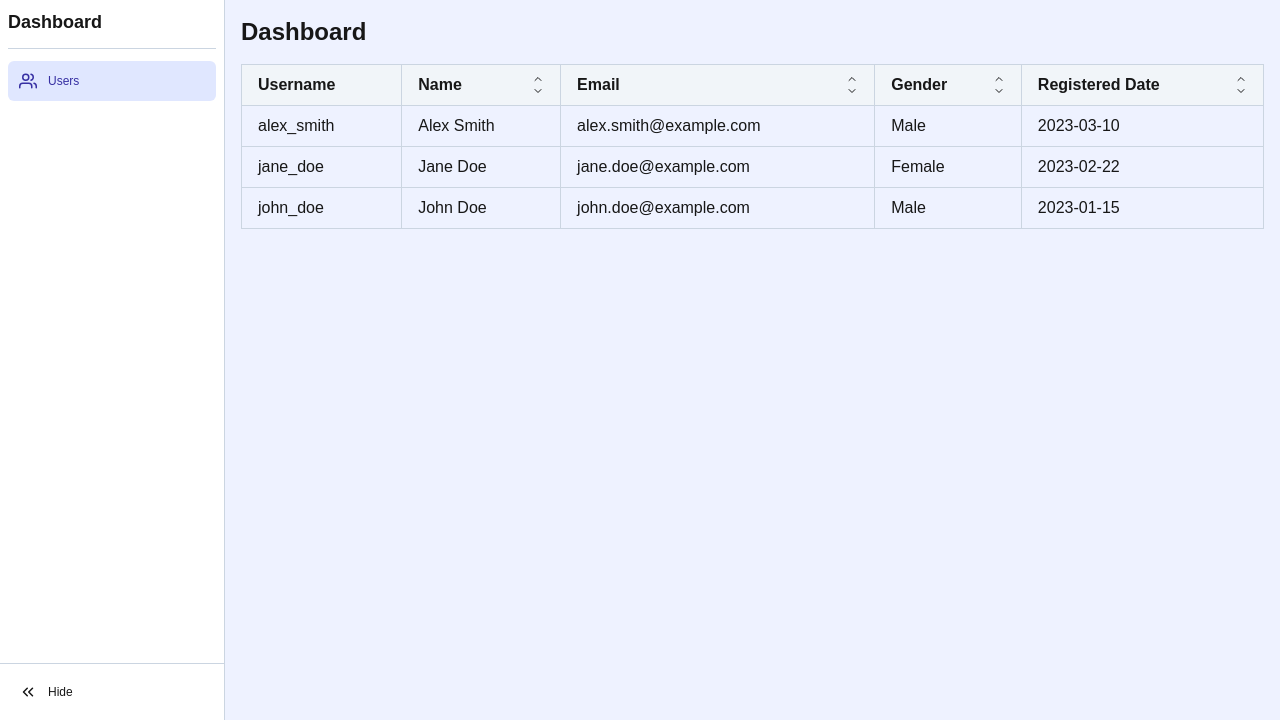
Repository: Ademaulana100499/userdashboard
Page: /
These files come from the project's save history. The page is drawn as it stood at one moment and after the next save; the edit follows.
The browser window is 1280 px wide. The pictures show the whole page.
The page's requests for data from a server got no answer. The project was rebuilt for these pictures with package versions that can differ from the ones it lists, and the page was loaded fresh each time. The framework's server and built-in components were replaced by stand-ins that run in the browser. No one was signed in, and anything a server would have sent is missing. Also part of the build but not shown: next.config.mjs.

Above is the page before, as saved 2025-02-14 19:00:35.

After the next save:
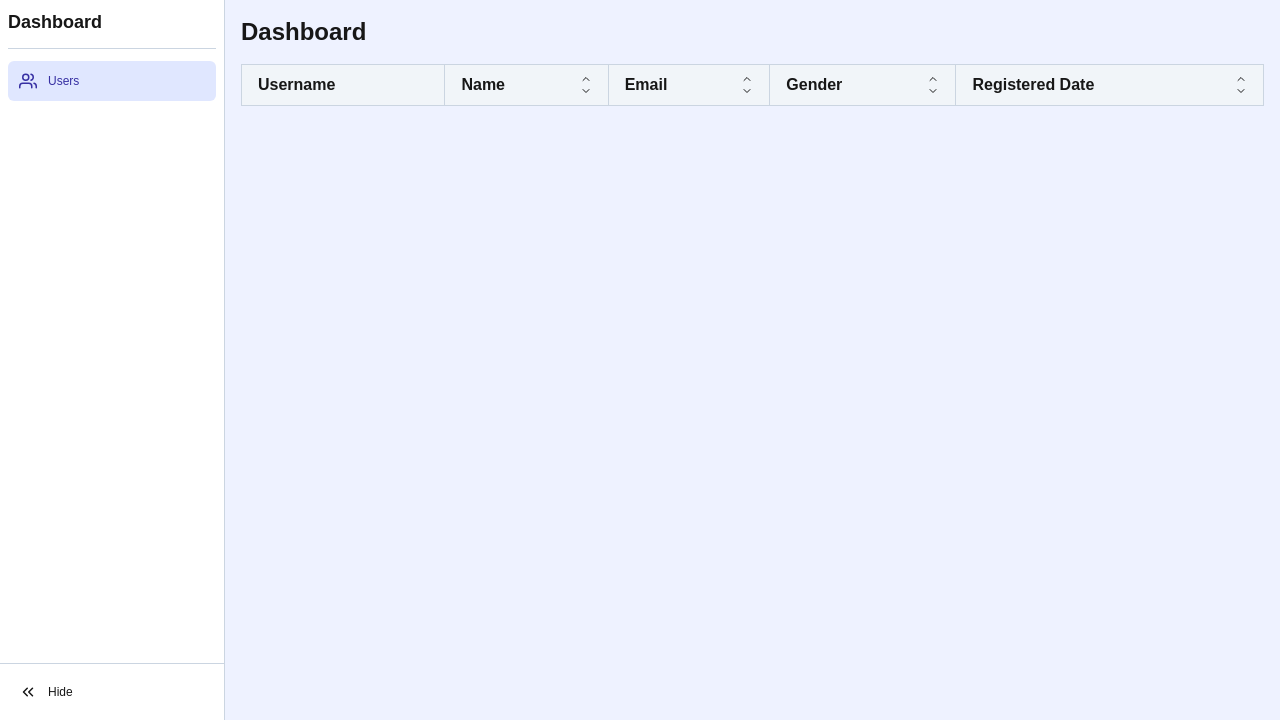
Saved 4 min 10 s later.
--- a/src/components/DashboardContent.jsx
+++ b/src/components/DashboardContent.jsx
@@ -1,5 +1,5 @@
 import { FiChevronUp, FiChevronDown } from "react-icons/fi";
-import { useState } from "react";
+import { useState, useEffect } from "react";
 
 const DashboardContent = () => {
   const [sortConfig, setSortConfig] = useState({
@@ -7,29 +7,23 @@ const DashboardContent = () => {
     direction: "asc",
   });
 
-  const data = [
-    {
-      username: "john_doe",
-      name: "John Doe",
-      email: "john.doe@example.com",
-      gender: "Male",
-      registeredDate: "2023-01-15",
-    },
-    {
-      username: "jane_doe",
-      name: "Jane Doe",
-      email: "jane.doe@example.com",
-      gender: "Female",
-      registeredDate: "2023-02-22",
-    },
-    {
-      username: "alex_smith",
-      name: "Alex Smith",
-      email: "alex.smith@example.com",
-      gender: "Male",
-      registeredDate: "2023-03-10",
-    },
-  ];
+  const [data, setData] = useState([]);
+
+  const fetchData = async () => {
+    try {
+      const response = await fetch(
+        "https://jsonplaceholder.typicode.com/users"
+      );
+      const jsonData = await response.json();
+      setData(jsonData);
+    } catch (error) {
+      console.error("Error fetching data:", error);
+    }
+  };
+
+  useEffect(() => {
+    fetchData();
+  }, []);
 
   const sortedData = [...data].sort((a, b) => {
     if (sortConfig.key) {
